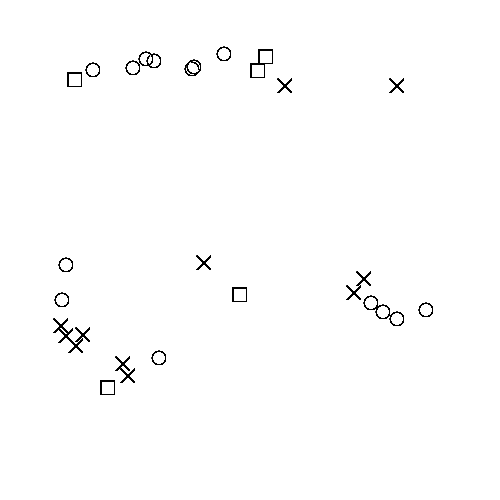
Repository: benceluzsinszky/rock-paper-scissors-simulation-pygame
Script's output: python main.py
These files come from the project's save history. The script's output is drawn as it stood at one moment and after a run of saves; the edit follows.
The window is shown after at most 60 frames with no key pressed. Random numbers start from a fixed seed. It also reads sprites/paper.png, sprites/rock.png, sprites/scissors.png.

Above is the script's output before, as saved 2023-04-24 22:07:49.

After the next 2 saves:
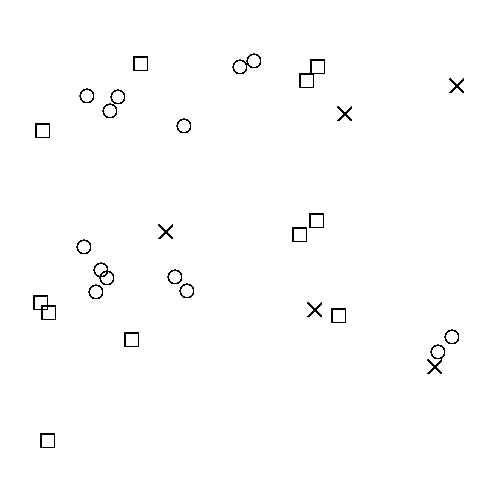
The 2 saves are shown as one change because they came seconds apart.
The last was saved 5 s later.
--- a/main.py
+++ b/main.py
@@ -38,10 +38,10 @@ class Game():
         """
         while True:
             self.check_events()
-            self.rocks.sprites()[0].eat(self.scissors)
+            # self.rocks.sprites()[0].eat(self.scissors)
             self.move_sprites(self.rocks, self.scissors)
-            self.move_sprites(self.scissors, self.papers)
-            self.move_sprites(self.papers, self.rocks)
+            # self.move_sprites(self.scissors, self.papers)
+            # self.move_sprites(self.papers, self.rocks)
             self.check_collisions()
             self.update_screen()
             self.clock.tick(60)
